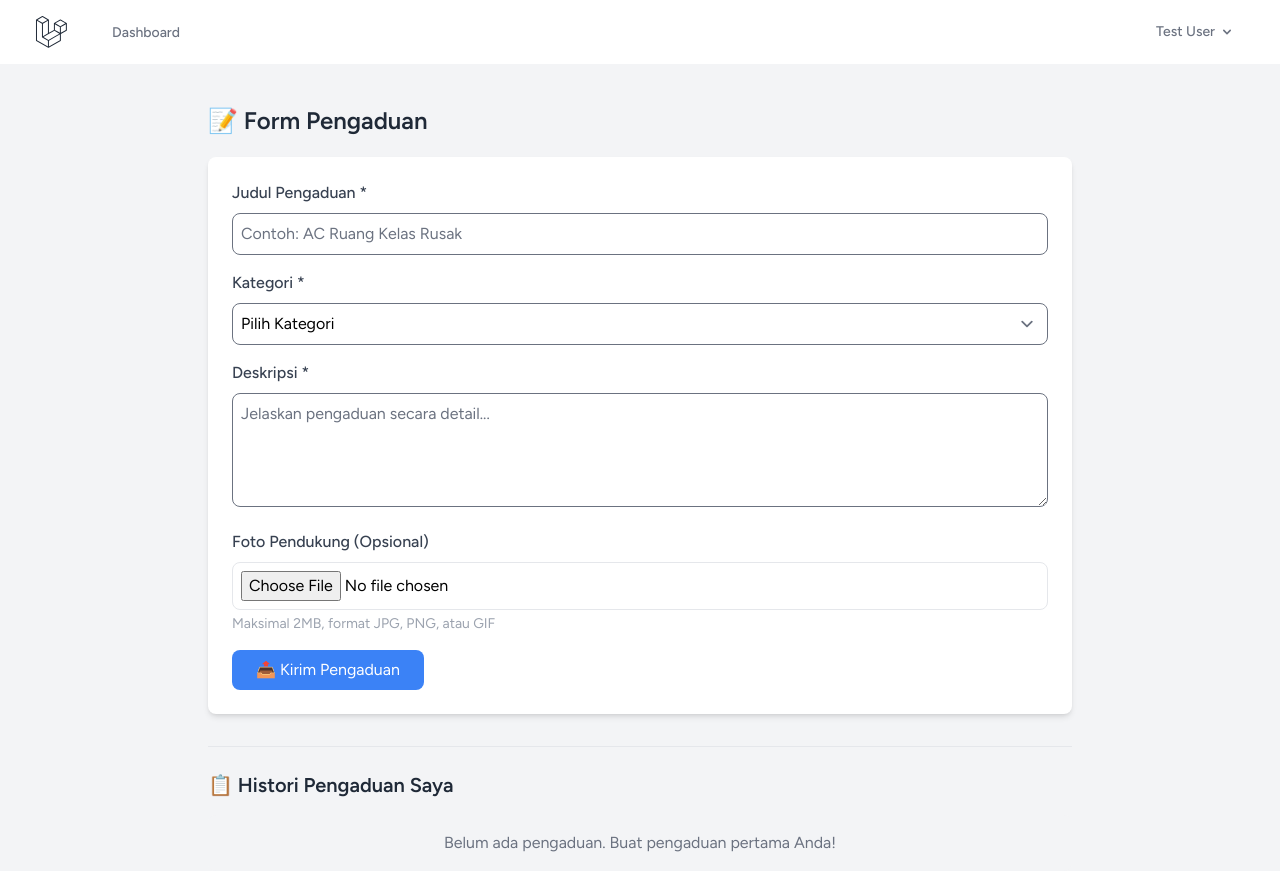
Repository: ikhwan1227/sistem-pengaduan-sekolah
Page: http://localhost/complaint
These files come from the project's save history. The page is drawn as it stood at one moment and after the next save; the edit follows.
The browser window is 1280 px wide. The pictures show the whole page.
The page is served by the project's Laravel application, run on PHP 8.4 with Laravel 12. A made-up administrator, Test User (test@example.com), is signed in. Other server files are loaded and not shown. Style sheets and scripts are compiled from the project's sources, by tool versions that may differ from the author's. Queries for data that is not in the repository find no rows.

Above is the page before, as saved 2026-04-09 16:22:40.

### routes/web.php
<?php

use App\Http\Controllers\ProfileController;
use Illuminate\Support\Facades\Route;
use App\Http\Controllers\ComplaintController;
use App\Http\Controllers\AdminController;
use App\Http\Controllers\FeedbackController;

Route::get('/', function () {
    return view('welcome');
});

Route::get('/dashboard', function () {
    if(auth()->user()->role == 'admin'){
        return redirect('/admin');
    }
    return redirect('/complaint');
})->middleware(['auth'])->name('dashboard');

Route::middleware('auth')->group(function () {

    Route::get('/profile', [ProfileController::class, 'edit'])->name('profile.edit');
    Route::patch('/profile', [ProfileController::class, 'update'])->name('profile.update');
    Route::delete('/profile', [ProfileController::class, 'destroy'])->name('profile.destroy');

    Route::get('/complaint', [ComplaintController::class, 'index']);
    Route::post('/complaint', [ComplaintController::class, 'store']);

    Route::get('/admin', [AdminController::class, 'index']);
    Route::post('/admin/status/{id}', [AdminController::class, 'updateStatus']);
    Route::post('/admin/feedback/{id}', [AdminController::class, 'feedback']);
    Route::delete('/admin/delete/{id}', [AdminController::class, 'destroy']);
});

require __DIR__.'/auth.php';

### app/Models/User.php
<?php

namespace App\Models;

// use Illuminate\Contracts\Auth\MustVerifyEmail;
use Database\Factories\UserFactory;
use Illuminate\Database\Eloquent\Attributes\Fillable;
use Illuminate\Database\Eloquent\Attributes\Hidden;
use Illuminate\Database\Eloquent\Factories\HasFactory;
use Illuminate\Foundation\Auth\User as Authenticatable;
use Illuminate\Notifications\Notifiable;

#[Fillable(['name', 'email', 'password', 'role'])]
#[Hidden(['password', 'remember_token'])]
class User extends Authenticatable
{
    /** @use HasFactory<UserFactory> */
    use HasFactory, Notifiable;

    /**
     * Get the attributes that should be cast.
     *
     * @return array<string, string>
     */
    protected function casts(): array
    {
        return [
            'email_verified_at' => 'datetime',
            'password' => 'hashed',
        ];
    }

     public function isAdmin()
    {
        return $this->role === 'admin';
    }

    public function isSiswa()
    {
        return $this->role === 'siswa';
    }
}

### app/Http/Controllers/ComplaintController.php
<?php

namespace App\Http\Controllers;

use App\Models\Complaint;
use App\Models\Category;
use Illuminate\Http\Request;

class ComplaintController extends Controller
{
    //Method tampil form
    public function index()
    {
        $categories = Category::all();
        $complaints = Complaint::where('user_id', auth()->id())->get();

        return view('complaint.index', compact('categories','complaints'));
    }

    //methode simpan data
    public function store(Request $request)
    {
        $request->validate([
            'category_id' => 'required|exists:categories,id',
            'judul' => 'required|string|max:255',
            'deskripsi' => 'required|string|min:10',
            'image' => 'nullable|image|mimes:jpeg,png,jpg,gif|max:2048',
        ], [
            'category_id.required' => 'Kategori wajib dipilih',
            'category_id.exists' => 'Kategori tidak valid',
            'judul.required' => 'Judul wajib diisi',
            'judul.max' => 'Judul maksimal 255 karakter',
            'deskripsi.required' => 'Deskripsi wajib diisi',
            'deskripsi.min' => 'Deskripsi minimal 10 karakter',
            'image.image' => 'File harus berupa gambar',
            'image.mimes' => 'Format gambar harus jpeg, png, jpg, atau gif',
            'image.max' => 'Ukuran gambar maksimal 2MB',
        ]);

        $imagePath = null;
        if ($request->hasFile('image')) {
            $imagePath = $request->file('image')->store('complaints', 'public');
        }

        Complaint::create([
            'user_id' => auth()->id(),
            'category_id' => $request->category_id,
            'judul' => $request->judul,
            'deskripsi' => $request->deskripsi,
            'image' => $imagePath,
            'status' => 'pending',
            'tanggal' => now()
        ]);

        return back()->with('success', 'Pengaduan berhasil dikirim');
    }
}

### app/Models/Category.php
<?php

namespace App\Models;

use Illuminate\Database\Eloquent\Model;

class Category extends Model
{
    protected $fillable = [
        'nama_kategori'
    ];
}

### app/Models/Complaint.php
<?php

namespace App\Models;

use Illuminate\Database\Eloquent\Model;

class Complaint extends Model
{
    protected $fillable = [
        'user_id',
        'category_id',
        'judul',
        'deskripsi',
        'image',
        'status',
        'tanggal'
    ];

    public function user()
    {
        return $this->belongsTo(User::class);
    }

    public function category()
    {
        return $this->belongsTo(Category::class);
    }

    public function feedbacks()
    {
        return $this->hasMany(Feedback::class);
    }
}

### resources/views/complaint/index.blade.php
<x-app-layout>
<div class="max-w-4xl mx-auto mt-10 px-4">

    <h1 class="text-2xl font-bold mb-5 text-gray-800">📝 Form Pengaduan</h1>

    @if(session('success'))
        <div id="alert-success" class="bg-green-100 border-l-4 border-green-500 text-green-700 p-4 mb-4 rounded shadow">
            <div class="flex items-center justify-between">
                <span>✅ {{ session('success') }}</span>
                <button onclick="document.getElementById('alert-success').style.display='none'" class="text-green-700">&times;</button>
            </div>
        </div>
    @endif

    @if($errors->any())
        <div class="bg-red-100 border-l-4 border-red-500 text-red-700 p-4 mb-4 rounded shadow">
            <ul class="list-disc list-inside">
                @foreach($errors->all() as $error)
                    <li>❌ {{ $error }}</li>
                @endforeach
            </ul>
        </div>
    @endif

    <!-- FORM CARD -->
    <div class="bg-white rounded-lg shadow-md p-6 mb-8">
        <form method="POST" action="/complaint" enctype="multipart/form-data">
            @csrf

            <div class="mb-4">
                <label class="block text-gray-700 font-medium mb-2">Judul Pengaduan *</label>
                <input type="text" name="judul" placeholder="Contoh: AC Ruang Kelas Rusak"
                    class="w-full border rounded-lg p-2 @error('judul') border-red-500 @enderror"
                    value="{{ old('judul') }}" required>
                @error('judul')
                    <p class="text-red-500 text-sm mt-1">{{ $message }}</p>
                @enderror
            </div>

            <div class="mb-4">
                <label class="block text-gray-700 font-medium mb-2">Kategori *</label>
                <select name="category_id" class="w-full border rounded-lg p-2 @error('category_id') border-red-500 @enderror" required>
                    <option value="">Pilih Kategori</option>
                    @foreach($categories as $c)
                        <option value="{{ $c->id }}" {{ old('category_id') == $c->id ? 'selected' : '' }}>
                            {{ $c->nama_kategori }}
                        </option>
                    @endforeach
                </select>
                @error('category_id')
                    <p class="text-red-500 text-sm mt-1">{{ $message }}</p>
                @enderror
            </div>

            <div class="mb-4">
                <label class="block text-gray-700 font-medium mb-2">Deskripsi *</label>
                <textarea name="deskripsi" placeholder="Jelaskan pengaduan secara detail..."
                    class="w-full border rounded-lg p-2 @error('deskripsi') border-red-500 @enderror"
                    rows="4" required>{{ old('deskripsi') }}</textarea>
                @error('deskripsi')
                    <p class="text-red-500 text-sm mt-1">{{ $message }}</p>
                @enderror
            </div>

            <div class="mb-4">
                <label class="block text-gray-700 font-medium mb-2">Foto Pendukung (Opsional)</label>
                <input type="file" name="image" accept="image/*"
                    class="w-full border rounded-lg p-2 @error('image') border-red-500 @enderror">
                <p class="text-gray-400 text-sm mt-1">Maksimal 2MB, format JPG, PNG, atau GIF</p>
                @error('image')
                    <p class="text-red-500 text-sm mt-1">{{ $message }}</p>
                @enderror
            </div>

            <button class="bg-blue-500 text-white px-6 py-2 rounded-lg hover:bg-blue-600 transition">
                📤 Kirim Pengaduan
            </button>
        </form>
    </div>

    <hr class="my-6">

    <h2 class="text-xl font-bold text-gray-800 mb-4">📋 Histori Pengaduan Saya</h2>

    @forelse($complaints as $c)
        <div class="bg-white rounded-lg shadow-md p-4 mb-4">
            <div class="flex justify-between items-start">
                <h3 class="font-bold text-lg text-gray-800">{{ $c->judul }}</h3>
                <span class="px-2 py-1 rounded-full text-white text-xs font-semibold
                    @if($c->status == 'pending') bg-yellow-500
                    @elseif($c->status == 'diproses') bg-blue-500
                    @else bg-green-500
                    @endif
                ">
                    {{ ucfirst($c->status) }}
                </span>
            </div>

            <p class="text-gray-500 text-sm mt-1">Kategori: {{ $c->category->nama_kategori }}</p>
            <p class="text-gray-600 mt-2">{{ $c->deskripsi }}</p>

            @if($c->image)
                <img src="{{ asset('storage/' . $c->image) }}" class="mt-2 max-w-xs rounded shadow">
            @endif

            @if($c->feedbacks->count() > 0)
                <div class="mt-3 bg-green-50 rounded p-3">
                    <p class="font-semibold text-sm text-green-700">💬 Balasan Admin:</p>
                    @foreach($c->feedbacks as $f)
                        <p class="text-green-600 text-sm mt-1">• {{ $f->pesan }}</p>
                    @endforeach
                </div>
            @endif
        </div>
    @empty
        <div class="bg-gray-100 rounded-lg p-4 text-center text-gray-500">
            Belum ada pengaduan. Buat pengaduan pertama Anda!
        </div>
    @endforelse

</div>

<script>
    setTimeout(function() {
        let alert = document.getElementById('alert-success');
        if(alert) {
            alert.style.transition = 'opacity 0.5s';
            alert.style.opacity = '0';
            setTimeout(() => alert.style.display = 'none', 500);
        }
    }, 3000);
</script>

</x-app-layout>

Loaded but not shown: routes/auth.php (common file); app/Http/Controllers/Auth/EmailVerificationPromptController.php (common file); app/Http/Controllers/Controller.php (common file); app/Http/Controllers/Auth/VerifyEmailController.php (common file); app/View/Components/AppLayout.php (common file); resources/views/layouts/app.blade.php (common file); resources/views/layouts/navigation.blade.php (common file); resources/views/components/application-logo.blade.php (common file); resources/views/components/nav-link.blade.php (common file); resources/views/components/dropdown-link.blade.php (common file); resources/views/components/dropdown.blade.php (common file); resources/views/components/responsive-nav-link.blade.php (common file); resources/css/app.css (common file); tailwind.config.js (common file); resources/js/app.js (common file); resources/js/bootstrap.js (common file)

After the next save:
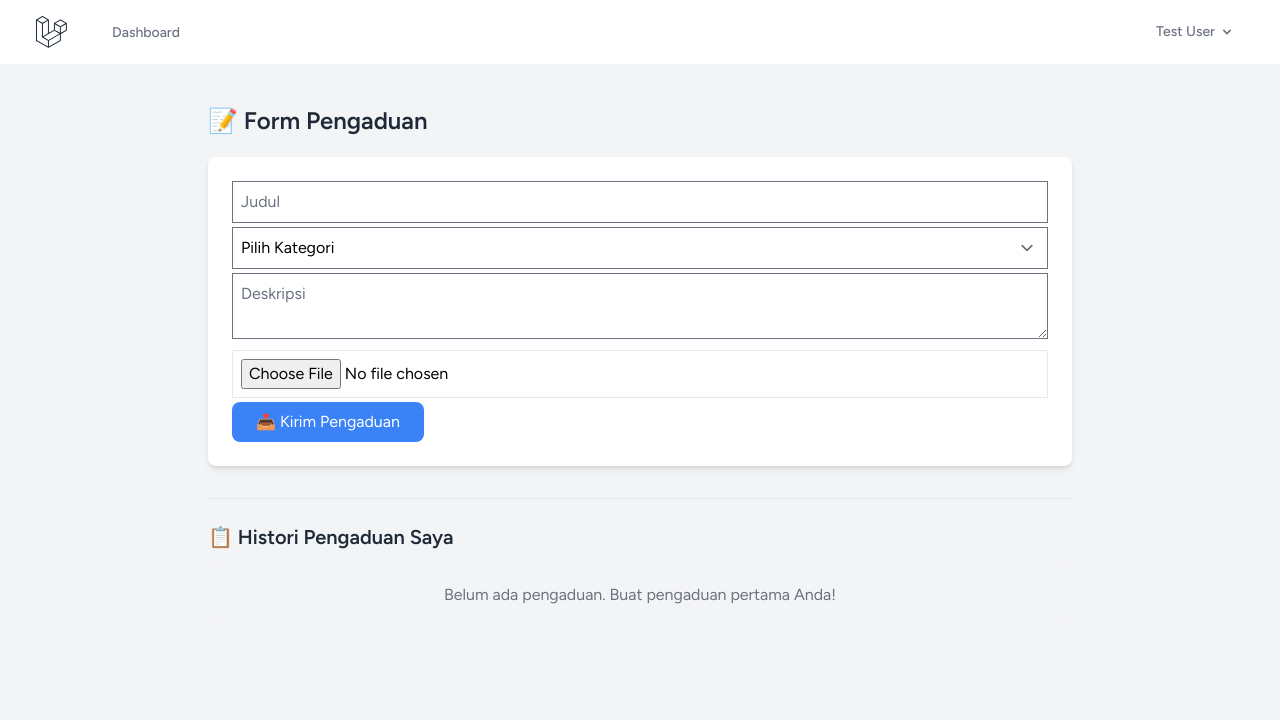
Saved 8 min 3 s later.
--- a/resources/views/complaint/index.blade.php
+++ b/resources/views/complaint/index.blade.php
@@ -27,50 +27,30 @@
         <form method="POST" action="/complaint" enctype="multipart/form-data">
             @csrf
 
-            <div class="mb-4">
-                <label class="block text-gray-700 font-medium mb-2">Judul Pengaduan *</label>
-                <input type="text" name="judul" placeholder="Contoh: AC Ruang Kelas Rusak"
-                    class="w-full border rounded-lg p-2 @error('judul') border-red-500 @enderror"
-                    value="{{ old('judul') }}" required>
-                @error('judul')
-                    <p class="text-red-500 text-sm mt-1">{{ $message }}</p>
-                @enderror
-            </div>
+            <input type="text" name="judul" placeholder="Judul" class="w-full border p-2 mb-1 @error('judul') border-red-500 @enderror" value="{{ old('judul') }}" required>
+            @error('judul')
+                <p class="text-red-500 text-sm mb-3">{{ $message }}</p>
+            @enderror
 
-            <div class="mb-4">
-                <label class="block text-gray-700 font-medium mb-2">Kategori *</label>
-                <select name="category_id" class="w-full border rounded-lg p-2 @error('category_id') border-red-500 @enderror" required>
-                    <option value="">Pilih Kategori</option>
-                    @foreach($categories as $c)
-                        <option value="{{ $c->id }}" {{ old('category_id') == $c->id ? 'selected' : '' }}>
-                            {{ $c->nama_kategori }}
-                        </option>
-                    @endforeach
-                </select>
-                @error('category_id')
-                    <p class="text-red-500 text-sm mt-1">{{ $message }}</p>
-                @enderror
-            </div>
+            <select name="category_id" class="w-full border p-2 mb-1 @error('category_id') border-red-500 @enderror" required>
+                <option value="">Pilih Kategori</option>
+                @foreach($categories as $c)
+                    <option value="{{ $c->id }}" {{ old('category_id') == $c->id ? 'selected' : '' }}>{{ $c->nama_kategori }}</option>
+                @endforeach
+            </select>
+            @error('category_id')
+                <p class="text-red-500 text-sm mb-3">{{ $message }}</p>
+            @enderror
 
-            <div class="mb-4">
-                <label class="block text-gray-700 font-medium mb-2">Deskripsi *</label>
-                <textarea name="deskripsi" placeholder="Jelaskan pengaduan secara detail..."
-                    class="w-full border rounded-lg p-2 @error('deskripsi') border-red-500 @enderror"
-                    rows="4" required>{{ old('deskripsi') }}</textarea>
-                @error('deskripsi')
-                    <p class="text-red-500 text-sm mt-1">{{ $message }}</p>
-                @enderror
-            </div>
+            <textarea name="deskripsi" placeholder="Deskripsi" class="w-full border p-2 mb-1 @error('deskripsi') border-red-500 @enderror" required>{{ old('deskripsi') }}</textarea>
+            @error('deskripsi')
+                <p class="text-red-500 text-sm mb-3">{{ $message }}</p>
+            @enderror
 
-            <div class="mb-4">
-                <label class="block text-gray-700 font-medium mb-2">Foto Pendukung (Opsional)</label>
-                <input type="file" name="image" accept="image/*"
-                    class="w-full border rounded-lg p-2 @error('image') border-red-500 @enderror">
-                <p class="text-gray-400 text-sm mt-1">Maksimal 2MB, format JPG, PNG, atau GIF</p>
-                @error('image')
-                    <p class="text-red-500 text-sm mt-1">{{ $message }}</p>
-                @enderror
-            </div>
+            <input type="file" name="image" accept="image/*" class="w-full border p-2 mb-1 @error('image') border-red-500 @enderror">
+            @error('image')
+                <p class="text-red-500 text-sm mb-3">{{ $message }}</p>
+            @enderror
 
             <button class="bg-blue-500 text-white px-6 py-2 rounded-lg hover:bg-blue-600 transition">
                 📤 Kirim Pengaduan
